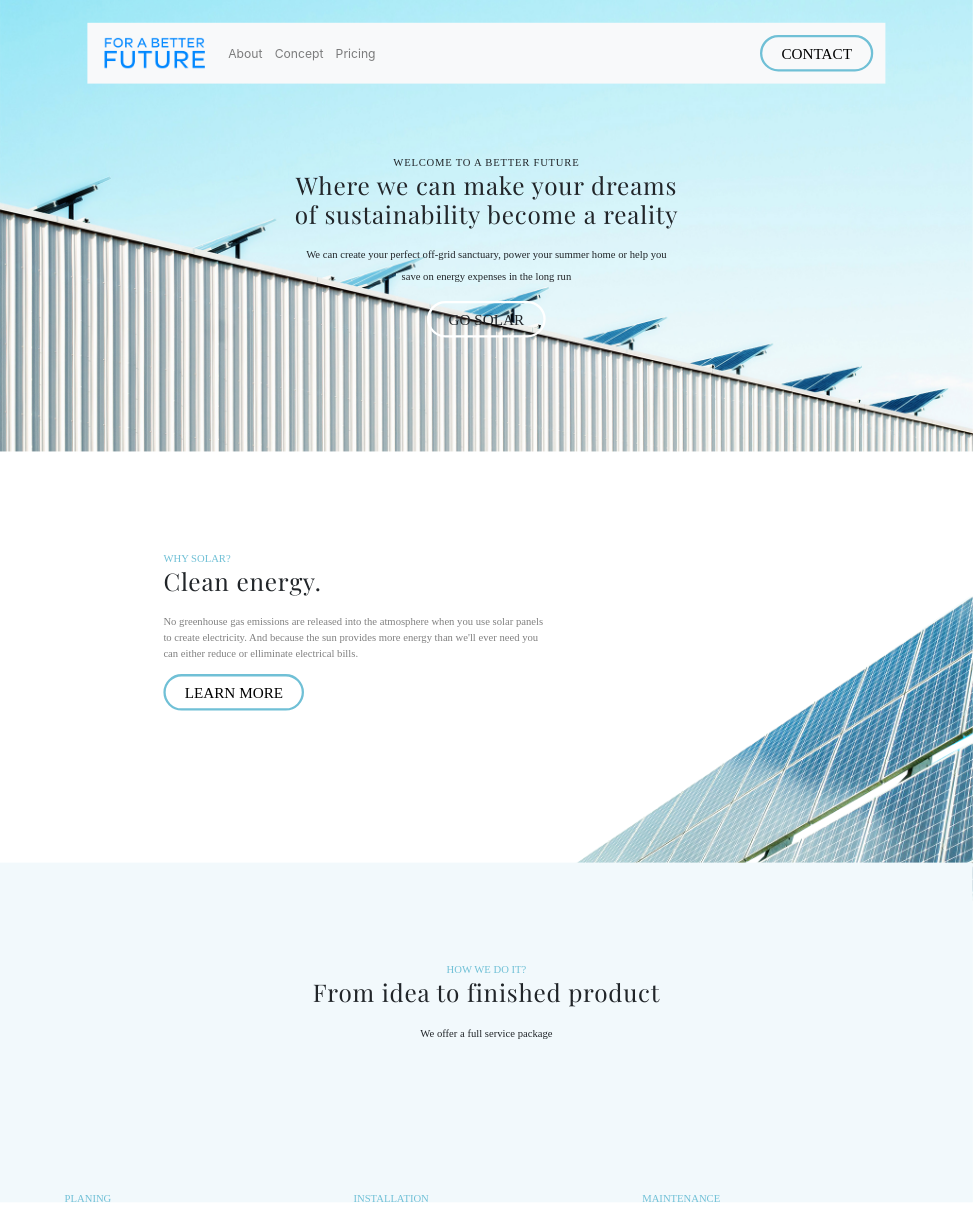
Repository: sabinemm/fabf
Page: index.html
The author's editor kept a record of every edit. The page is drawn from the files as they stood at one moment, then again after the next edit.
The browser window is 1280 px wide. The pictures show the whole page, at 76% of full size.
Backgrounds fixed to the window are drawn as part of the page. Some web fonts or font styles are not loaded; a fallback is used.

Above is the page before.

### index.html
<!DOCTYPE html>
<html lang="en">

<head>
    <meta charset="UTF-8">
    <meta name="viewport" content="width=device-width, initial-scale=1.0">
    <meta http-equiv="X-UA-Compatible" content="ie=edge">
    <link rel="stylesheet" href="style.css" type="text/css" />
    <link rel="stylesheet" href="https://stackpath.bootstrapcdn.com/bootstrap/4.3.1/css/bootstrap.min.css" integrity="sha384-ggOyR0iXCbMQv3Xipma34MD+dH/1fQ784/j6cY/iJTQUOhcWr7x9JvoRxT2MZw1T" crossorigin="anonymous">
    <link rel="stylesheet" media="screen" href="https://fontlibrary.org/face/roundo" type="text/css" />
    <link rel="stylesheet" media="screen" href="https://fontlibrary.org/face/source-sans-pro" type="text/css" />
    <link href="https://fonts.googleapis.com/css?family=Playfair+Display&display=swap" rel="stylesheet">
    <title>FOR A BETTER FUTURE</title>
</head>

<body>

    <!–-----– NAVBAR ------->

    <div class="container">
        <nav class="navbar navbar-fixed-top navbar-expand-lg navbar-light bg-light">
            <a class="navbar-brand" href="#">
          <img src="img/logo.svg" height="50px"alt="logo">
        </a>
            <button class="navbar-toggler" type="button" data-toggle="collapse" data-target="#navbarText" aria-controls="navbarText" aria-expanded="false" aria-label="Toggle navigation">
    <span class="navbar-toggler-icon"></span>
  </button>
            <div class="collapse navbar-collapse justify-content-center" id="navbarText">
                <ul class="navbar-nav mr-auto">
                    <li class="nav-item">
                        <a class="nav-link" href="#">About</a>
                    </li>
                    <li class="nav-item">
                        <a class="nav-link" href="#">Concept</a>
                    </li>
                    <li class="nav-item">
                        <a class="nav-link" href="#">Pricing</a>
                    </li>
                </ul>
                <span class="navbar-text">
          <button type="button" class="btn btn-blue-border">CONTACT</button>
    </span>
            </div>
        </nav>
    </div>

    <!–-----– FIRST SECTION ------->

    <section id="parallax">
        <div class="container">
            <div class="ltitle text-center">
                <p class="uppercase stitle">WELCOME TO A BETTER FUTURE</p>
                <h2> Where we can make your dreams <br> of sustainability become a reality </h2>
                <p class="tparagraph"> We can create your perfect off-grid sanctuary, power your summer home or help you <br> save on energy expenses in the long run</p>
                <button type="button" class="btn  btn-transp-white-border">GO SOLAR</button>
            </div>
        </div>
    </section>

    <!–-----– SECOND SECTION ------->

    <section id="clean">
        <div class="container container-fluid section-2">
            <div class="row">
                <div class="col col-md-6">
                    <p class="uppercase stitle stitle-blue">WHY SOLAR?</p>
                    <h2 class="ltitle ltitle2"> Clean energy.</h2>
                    <p class="tparagraph tparagraph2"> No greenhouse gas emissions are released into the atmosphere when you use solar panels to create electricity. And because the sun provides more energy than we'll ever need you can either reduce or elliminate electrical bills. </p>
                    <button type="button" class="btn btn-blue-border">LEARN MORE</button>

                </div>
            </div>

            <div class="container">
                <div class="col col-md-6 offset-md-6">
                    <img src="img/sidepanel.png" class="sidepanel"></img>
                </div>
            </div>
        </div>

    </section>

    <!–-----– THIRD SECTION ------->

    <section id="idea">
        <div class="idea-title text-center">
            <p class="uppercase stitle stitle-blue">HOW WE DO IT?</p>
            <h2 class="ltitle ltitle2"> From idea to finished product</h2>
            <p class="tparagraph">We offer a full service package</p>

        </div>
        <div class="container">
            <div class="row justify-content-center">
                <div class=" col-sm-3 col-md-4">
                     <p class="uppercase stitle stitle-blue">PLANING</p>
                </div>
                <div class="col-sm-3 col-md-4">
                     <p class="uppercase stitle stitle-blue">INSTALLATION</p>
                </div>
                <div class="col-sm-4 col-md-4">
                     <p class="uppercase stitle stitle-blue">MAINTENANCE</p>
                </div>
            </div>

        </div>

    </section>

</body>

</html>

### style.css

/*-------------------navbar------------------*/

.navbar {
    margin-top: 30px;
    margin-left: 30px;
    margin-right: 30px;

}

@media (max-width:536px) {
    .navbar {
        margin-top: 15px;
        margin-left: 10px;
        margin-right: 10px;
    }
}

/*-------------------Buttons------------------*/

.btn-transp-white-border,
.btn-transp-white-border:hover,
.btn-transp-white-border:active,
.btn-transp-white-border:visited,
.btn-transp-white-border:active:focus,
.btn-transp-white-border:focus {
    background-color: rgba(0, 0, 0, 0);
    border: solid 3px white !important;
    border-radius: 30px !important;
    color: white;
    text-align: center;
    text-decoration: none;
    display: inline-block;
    font-size: 20px !important;
    font-family: 'SourceSansProRegular';
    padding-left: 25px !important;
    padding-right: 25px !important;
}


.btn-transp-white-border:hover {
    background-color: rgba(255, 255, 255, 0.5);
    padding-left: 25px;
    padding-right: 25px;
}


.btn-blue-border,
.btn-blue-border:hover,
.btn-blue-border:active,
.btn-blue-border:visited,
.btn-blue-border:active:focus,
.btn-blue-border:focus {
    background-color: rgba(0, 0, 0, 0) !important;
    border: solid 3px rgb(112, 192, 214) !important;
    border-radius: 30px !important;
    color: black !important;
    text-align: center;
    text-decoration: none;
    display: inline-block;
    font-size: 20px !important;
    font-family: 'SourceSansProRegular';
    padding-left: 25px !important;
    padding-right: 25px!important;
}

.btn-blue-border:hover {
    background-color: rgba(112, 192, 214, 0.5) !important;
    padding-left: 25px;
    padding-right: 25px;
}


/*-------------------SECTION 1 PAGE 1------------------*/

#parallax {
    background: url(img/1page1section.jpg);
    background-attachment: fixed;
    background-position: bottom;
    background-repeat: no-repeat;
    background-size: cover;
    margin-top: -110px;
}

@media (max-width:536px) {
    #parallax {
        margin-top: -110px;
    }
}

.stitle {
    font-size: 14px;
    font-family: 'RoundoRegular';
    font-weight: 500;
    font-style: normal;
    margin-bottom: -5px;
}

.ltitle {
    padding-top: 200px;
    font-family: 'Playfair Display';
    letter-spacing: 1px;
    line-height: 30px;
    padding-bottom: 150px;
}

@media (max-width:768px) {
    .ltitle {
        padding-top: 150px;
        padding-bottom: 100px;
    }
}

.tparagraph {
    padding-top: 10px;
    font-family: 'SourceSansProRegular';
    font-weight: normal;
    font-style: normal;
    font-size: 14px;
    letter-spacing: 0;
}

@media (max-width:768px) {
    br {
        display: none !important;
        visibility: hidden;
    }
}

/*-------------------SECTION 2 PAGE 1------------------*/
#clean {
    padding-left: 0;
}
@media (min-width:768px) {
#clean {
    padding-left: 200px;
}
}


.stitle-blue {
    color:rgb(112, 192, 214);
    padding-top: 70px;

}

@media (min-width:768px) {
    .stitle-blue {
        padding-top: 130px;
    }
}

.ltitle2 {
padding-top: 10px;
padding-bottom: 10px;
}

.tparagraph2 {
    color: gray;

}

.section-2 {
  padding-bottom: 100px;
}

.sidepanel {
position:relative;
float: right;
height:400px;
margin-top: -150px;
margin-right: -45px;
z-index: -1;
}

/*-------------------SECTION 3 PAGE 1------------------*/

#idea {
    background-color: rgb(242, 249,252);
}

.idea-title {;
    padding-bottom: 50px;
    margin-top: 100px;
}

After the next edit:
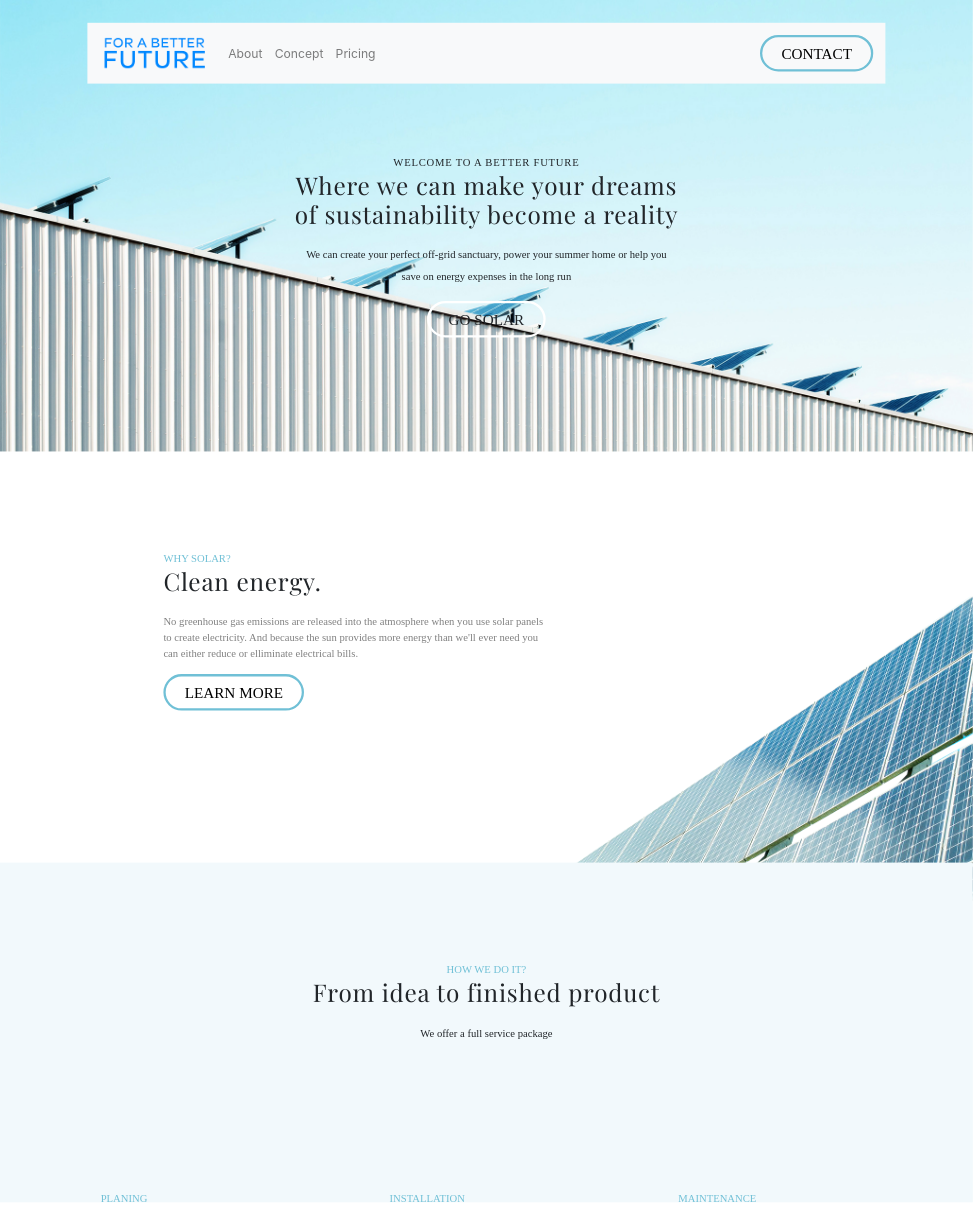
The edit:
--- a/index.html
+++ b/index.html
@@ -97,7 +97,7 @@
                 <div class="col-sm-3 col-md-4">
                      <p class="uppercase stitle stitle-blue">INSTALLATION</p>
                 </div>
-                <div class="col-sm-4 col-md-4">
+                <div class="col-sm-3 col-md-3">
                      <p class="uppercase stitle stitle-blue">MAINTENANCE</p>
                 </div>
             </div>
